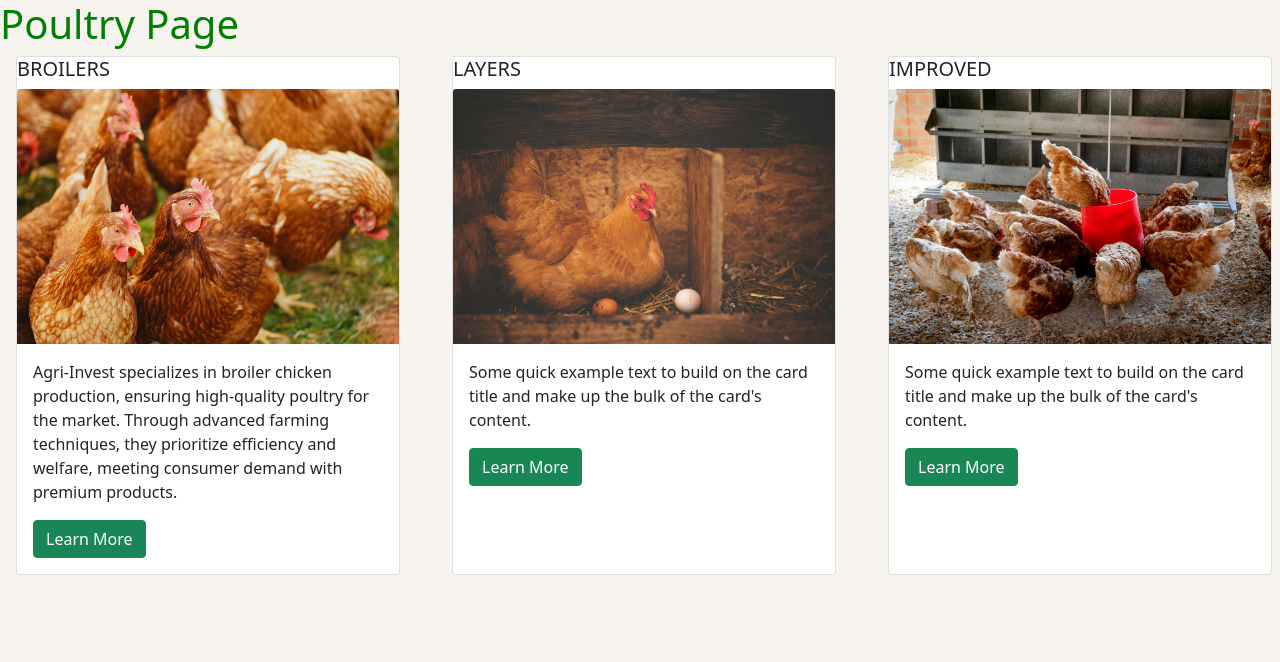
Repository: Allevandrose/Agri-invest
Page: poultry.html
These files come from the project's save history. The page is drawn as it stood at one moment and after the next save; the edit follows.
The browser window is 1280 px wide. The pictures show the whole page.

Above is the page before, as saved 2024-04-13 15:34:57.

After the next save:
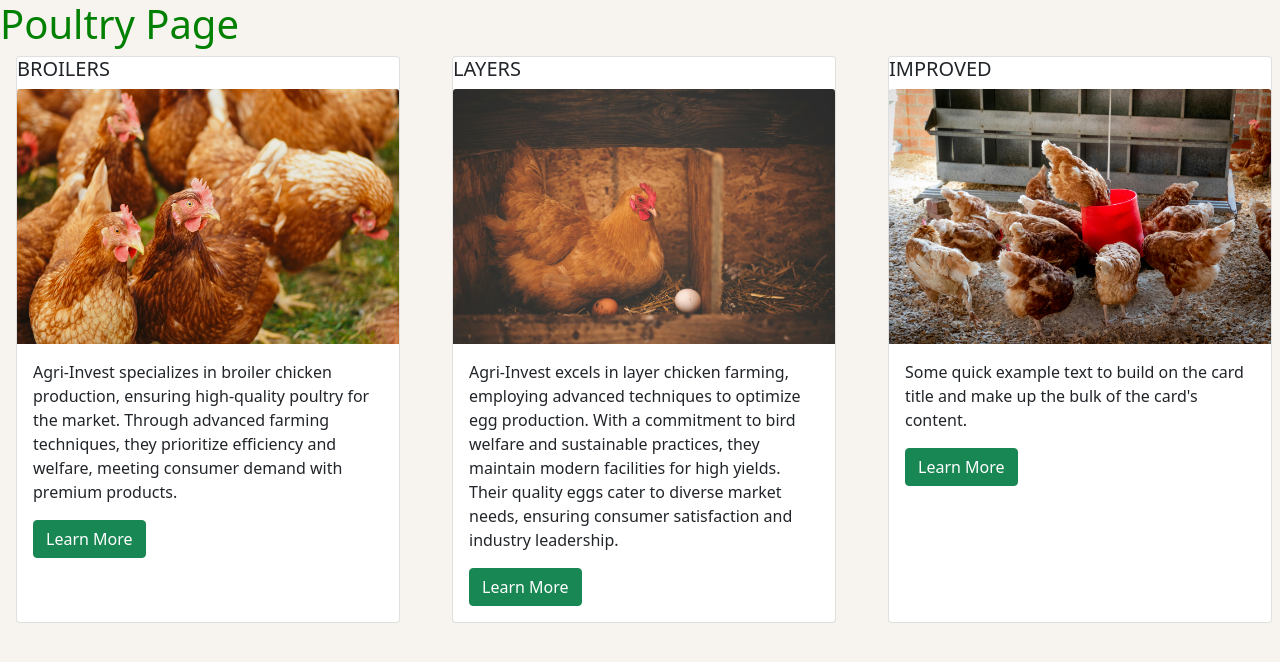
Saved 52 s later.
--- a/poultry.html
+++ b/poultry.html
@@ -26,7 +26,8 @@
             <h5 class="card-title">LAYERS</h5>
             <img src="poultry images/chick2.jpg" class="card-img-top" alt="...">
             <div class="card-body">
-                <p class="card-text">Some quick example text to build on the card title and make up the bulk of the card's content.</p>
+                <p class="card-text">Agri-Invest excels in layer chicken farming, employing advanced techniques to optimize egg production. With a commitment to bird welfare and sustainable practices, they maintain modern facilities for high yields. Their quality eggs cater
+                    to diverse market needs, ensuring consumer satisfaction and industry leadership.</p>
                 <a href="#" class="btn btn-success">Learn More</a>
             </div>
         </div>
